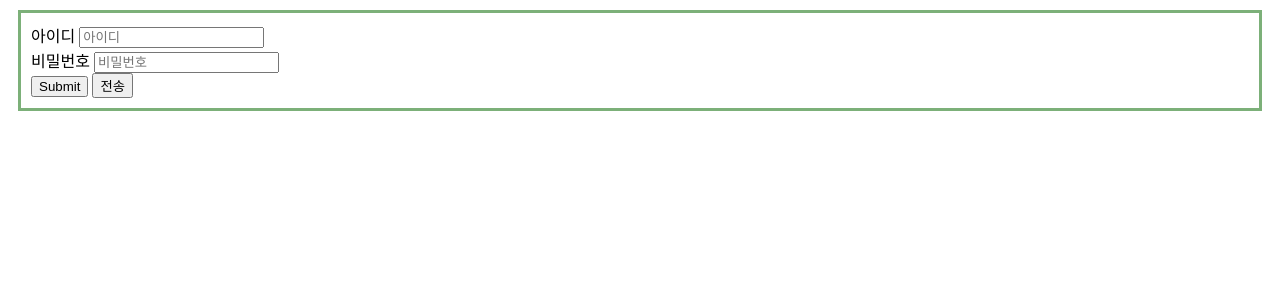
Repository: choidazzi/DDIT
Page: web programming/html/webpro/src/main/webapp/0421/입력테스트1.html
These files come from the project's save history. The page is drawn as it stood at one moment and after the next save; the edit follows.
The browser window is 1280 px wide. The pictures show the whole page.

Above is the page before, as saved 2023-04-21 02:41:13.

### web programming/html/webpro/src/main/webapp/0421/입력테스트1.html
<!DOCTYPE html>
<html>
<head>
<meta charset="UTF-8">
<title>입력테스트1</title>
<style>
form{
	border: 3px solid #7cb079;
	margin: 10px;
	padding: 10px;
}
</style>
</head>
<body>
	<form action="" method="post">
		아이디 <input type="text" name="id" placeholder="아이디"> <br>
		비밀번호 <input type="password" name="pw" placeholder="비밀번호"> <br>
		<input type="submit">
		<button type="submit">전송</button>
	</form>
</body>
</html>

After the next save:
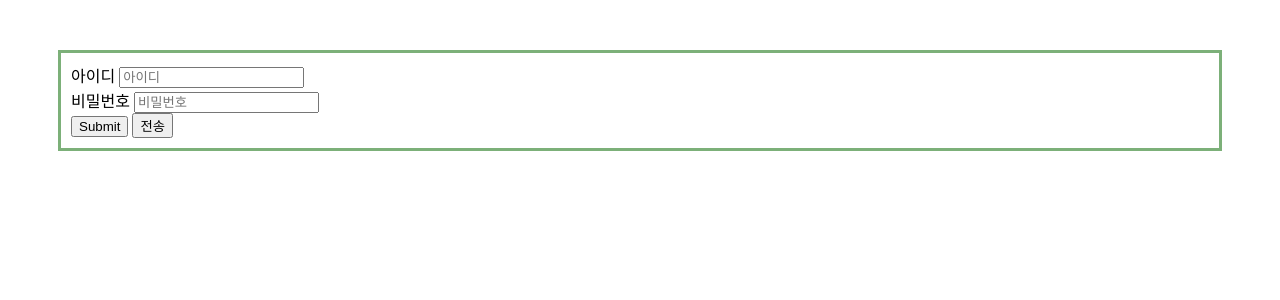
Saved 22 s later.
--- a/web programming/html/webpro/src/main/webapp/0421/입력테스트1.html
+++ b/web programming/html/webpro/src/main/webapp/0421/입력테스트1.html
@@ -6,7 +6,7 @@
 <style>
 form{
 	border: 3px solid #7cb079;
-	margin: 10px;
+	margin: 50px;
 	padding: 10px;
 }
 </style>
